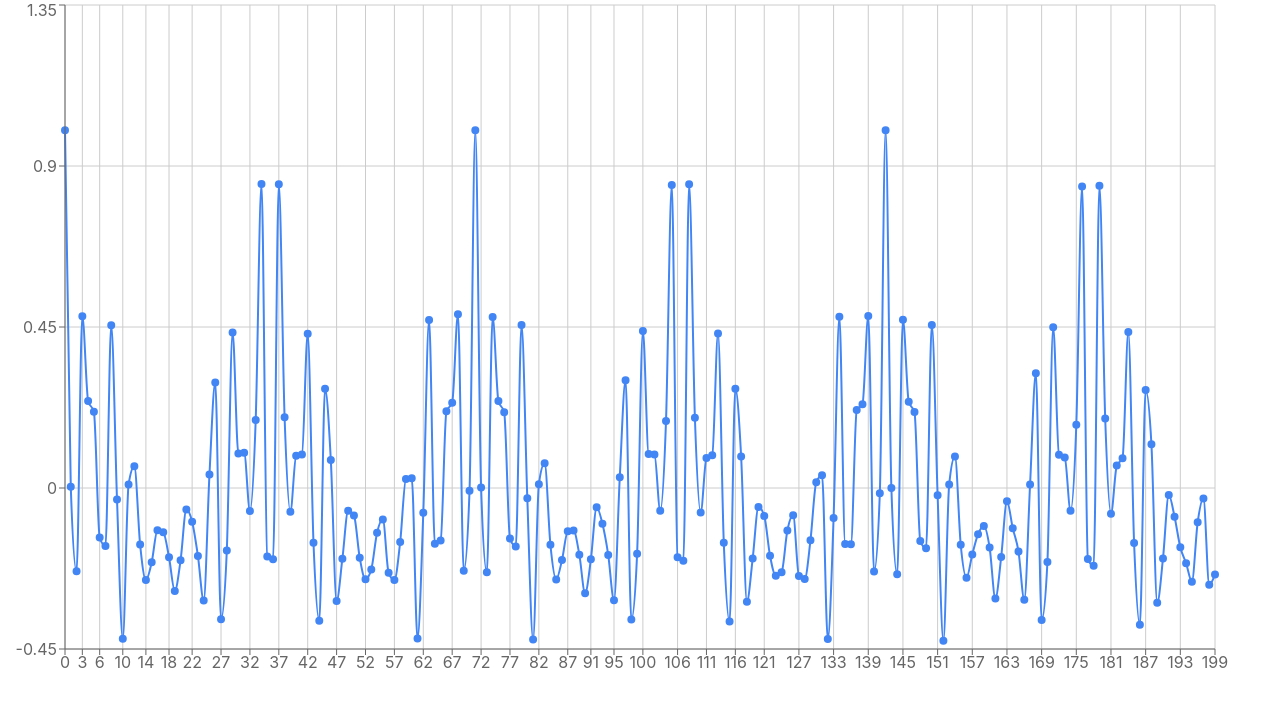
Repository: ivanburlakov/rts-labs
Page: / (app in lab2.1/)
These files come from the project's save history. The page is drawn as it stood at one moment and after the next save; the edit follows.
The browser window is 1280 px wide. The pictures show the whole page.
The project was rebuilt for these pictures with package versions that can differ from the ones it lists, and the page was loaded fresh each time.

Above is the page before, as saved 2021-04-23 14:43:54.

After the next save:
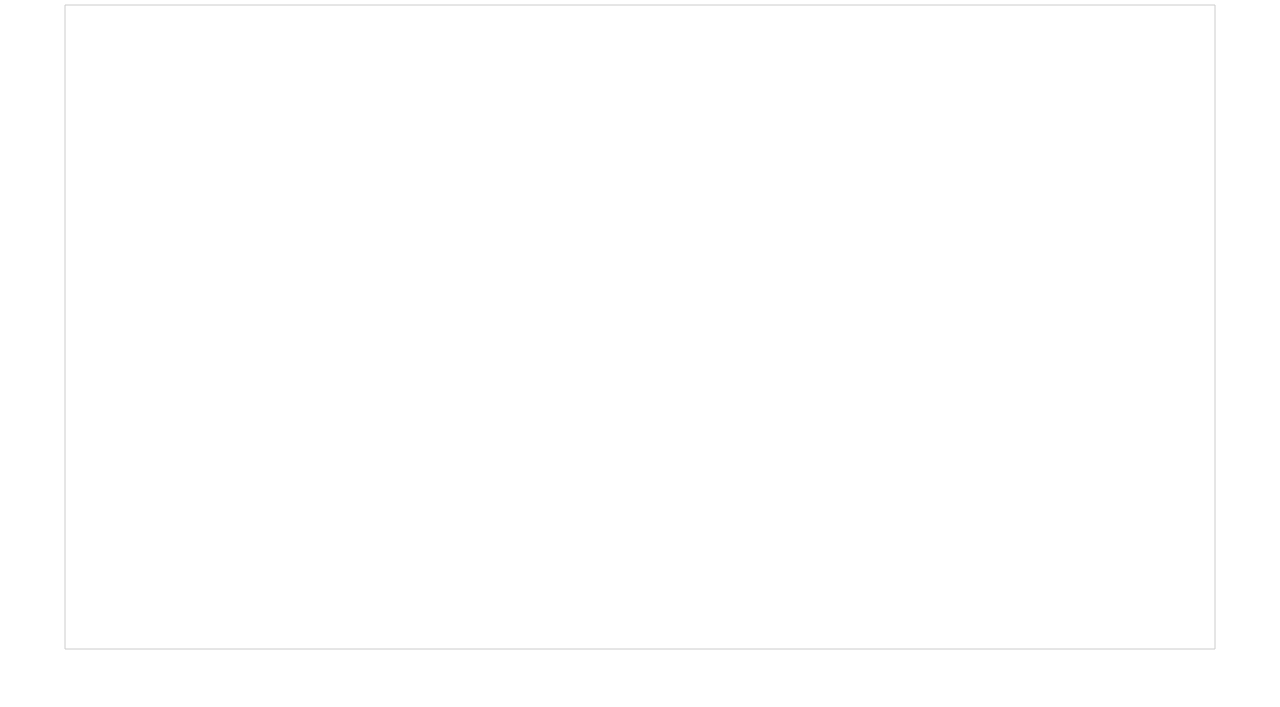
Saved 2 h 47 min later.
--- a/lab2.1/src/App.js
+++ b/lab2.1/src/App.js
@@ -78,17 +78,7 @@ function generateChart(harmonics, frequencyBorder, ticks) {
     }
     x.push(sum);
   }
-  for (let i = 0; i < 200; i++) {
-    const array = [];
-    for (let t = i; t < x.length; t++) {
-      array.push(x[t]);
-    }
-    data.push({
-      name: `x+${i}`,
-      corr: pcorr(x, array),
-      iter: i,
-    });
-  }
+  //
   return data;
 }
 
